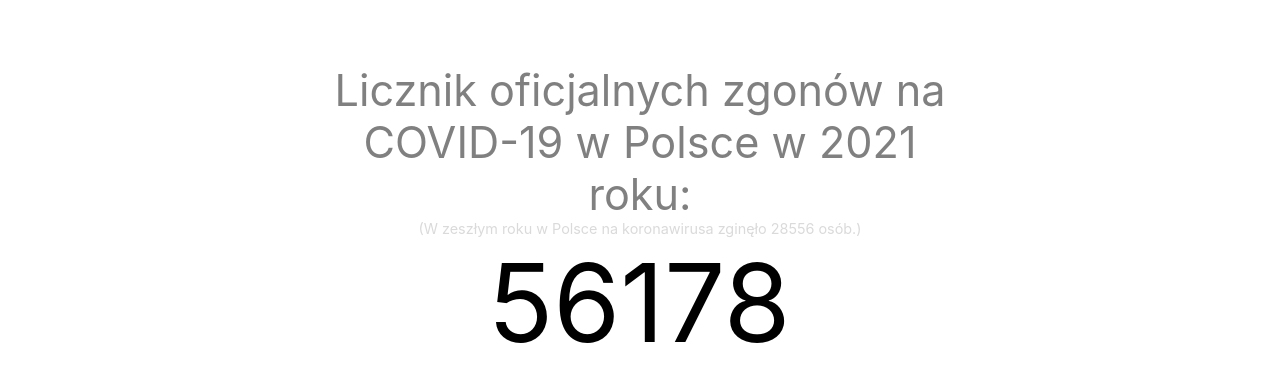
Repository: michalgornicki/poland-covid
Page: /
These files come from the project's save history. The page is drawn as it stood at one moment and after the next save; the edit follows.
The browser window is 1280 px wide. The pictures show the whole page.
The project was rebuilt for these pictures with package versions that can differ from the ones it lists, and the page was loaded fresh each time.

Above is the page before, as saved 2021-12-04 19:14:35.

### src/App.jsx
import React, { useEffect } from 'react';
import './App.css';

function App() {



  const startTime = () => {
    const date = new Date();
    let miliseconds = date.getTime();
    let seconds = Math.round(miliseconds/1000);
    let hours = seconds/3600;
    let thisYearHours = Math.round(hours - 447056);
    let thisYearSeconds = Math.round(seconds - 1609401600)

    let deaths = Math.round(thisYearSeconds*0.00192110763);
    document.getElementsByClassName('counter')[0].innerHTML =  deaths;
    setTimeout(startTime, 1000);
  }

  useEffect(() => {
    startTime()
  });

  return (
    <p>
      <div className="text-container">
      <div className="header">Licznik oficjalnych zgonów na COVID-19 w Polsce w 2021 roku:</div>
      <div className="header-2">(W zeszłym roku w Polsce na koronawirusa zginęło 28556 osób.)</div>
      <div className="counter">{""}</div>



      </div>
    </p>
  );
}

export default App;

### src/App.css
.text-container{
    margin-top: 5%;
}

.header{
    font-size: 6vmin;
    display: block;
    margin: auto;
    width: 50%;
    text-align: center;
    color: gray;
}

.header-2{
    font-size: 2vmin;
    display: block;
    margin: auto;
    width: 50%;
    text-align: center;
    color: rgb(218, 218, 218);
}

.counter{
    font-size: 15vmin;
    display: block;
    margin: auto;
    width: 50%;
    text-align: center;
}

Loaded but not shown: public/index.html (common file); src/index.js (common file); src/index.css (common file); src/reportWebVitals.js (common file)

After the next save:
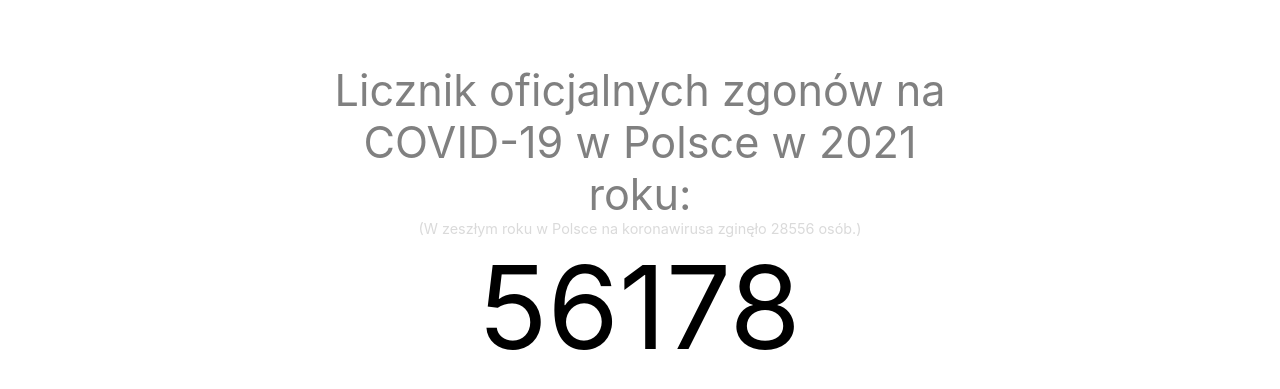
Saved 10 s later.
--- a/src/App.css
+++ b/src/App.css
@@ -21,7 +21,7 @@
 }
 
 .counter{
-    font-size: 15vmin;
+    font-size: 16vmin;
     display: block;
     margin: auto;
     width: 50%;
